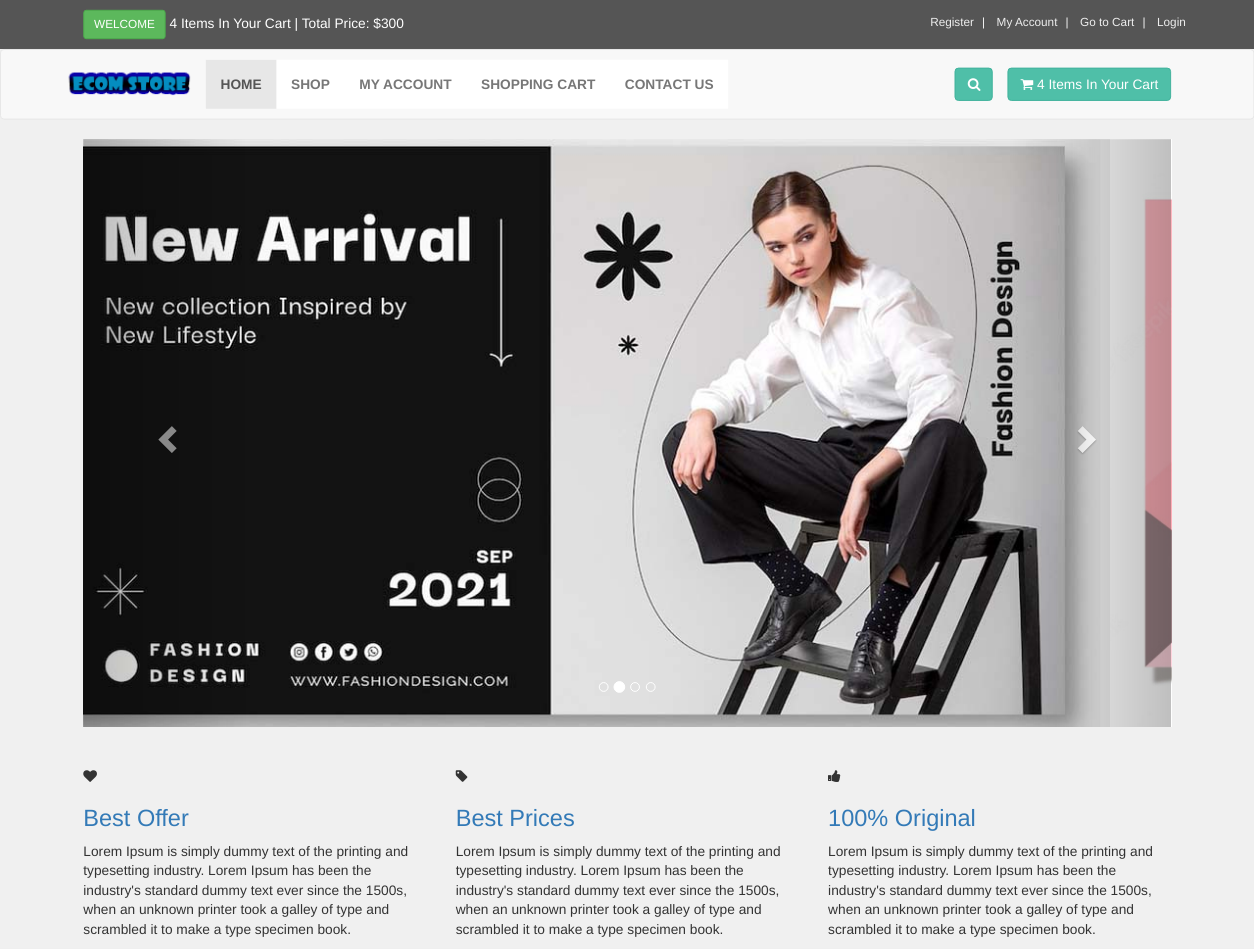
Repository: truonghuynhquy/M_Dev_Store
Page: http://localhost/
An editor plug-in stored every save of this project. The page is shown before and after the next save, followed by the edit.
The browser window is 1280 px wide. The pictures show the whole page, at 98% of full size.
The page is run by PHP 8.4 with error messages shown; the project is at /var/www/html/.

Above is the page before, as saved 2022-09-22 12:35:42.

After the next save:
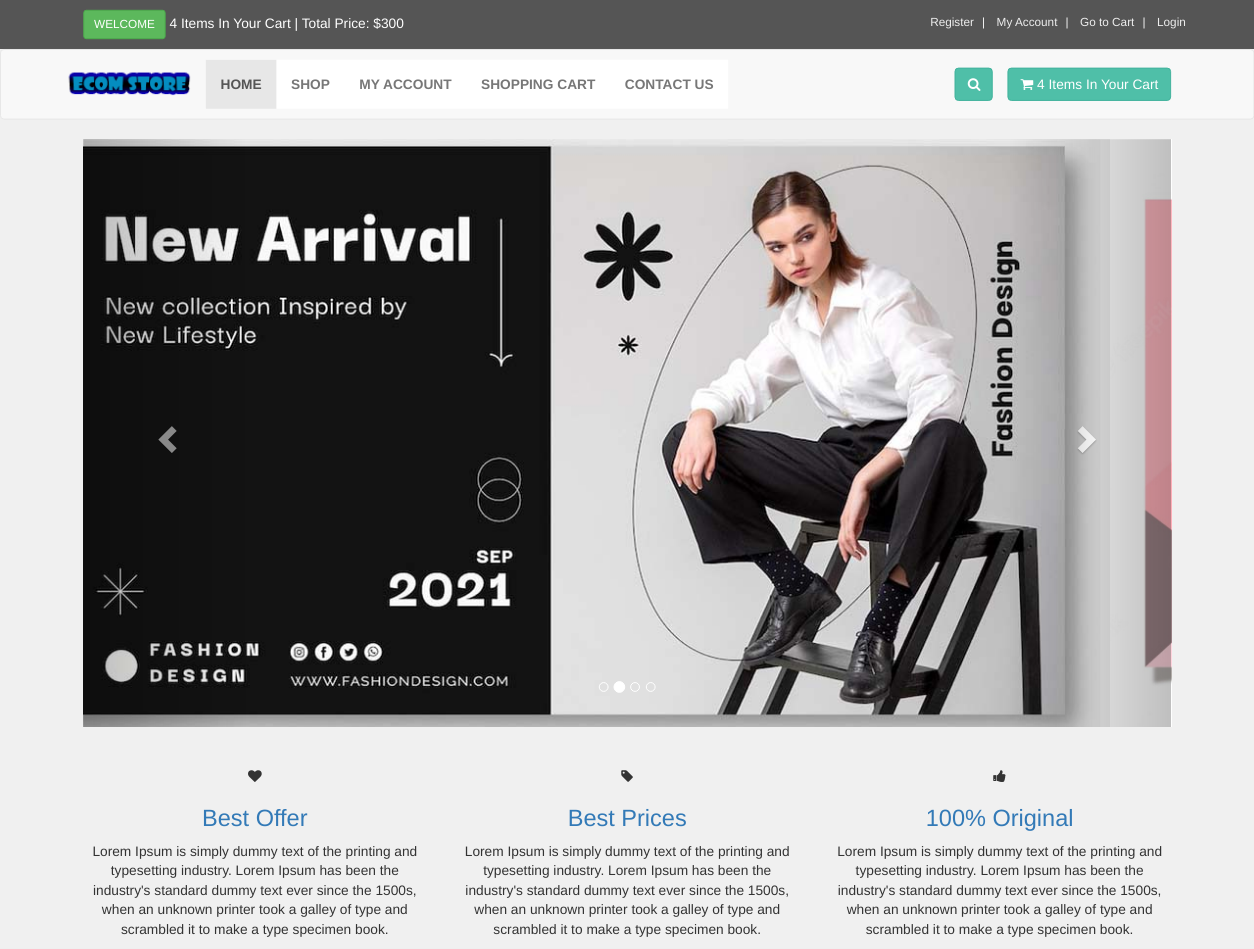
Saved 43 s later.
--- a/styles/style.css
+++ b/styles/style.css
@@ -121,3 +121,9 @@ body {
 #slider{
     margin-bottom: 40px;
 }
+
+/* advantages Styles */
+
+#advantages{
+    text-align: center;
+}
